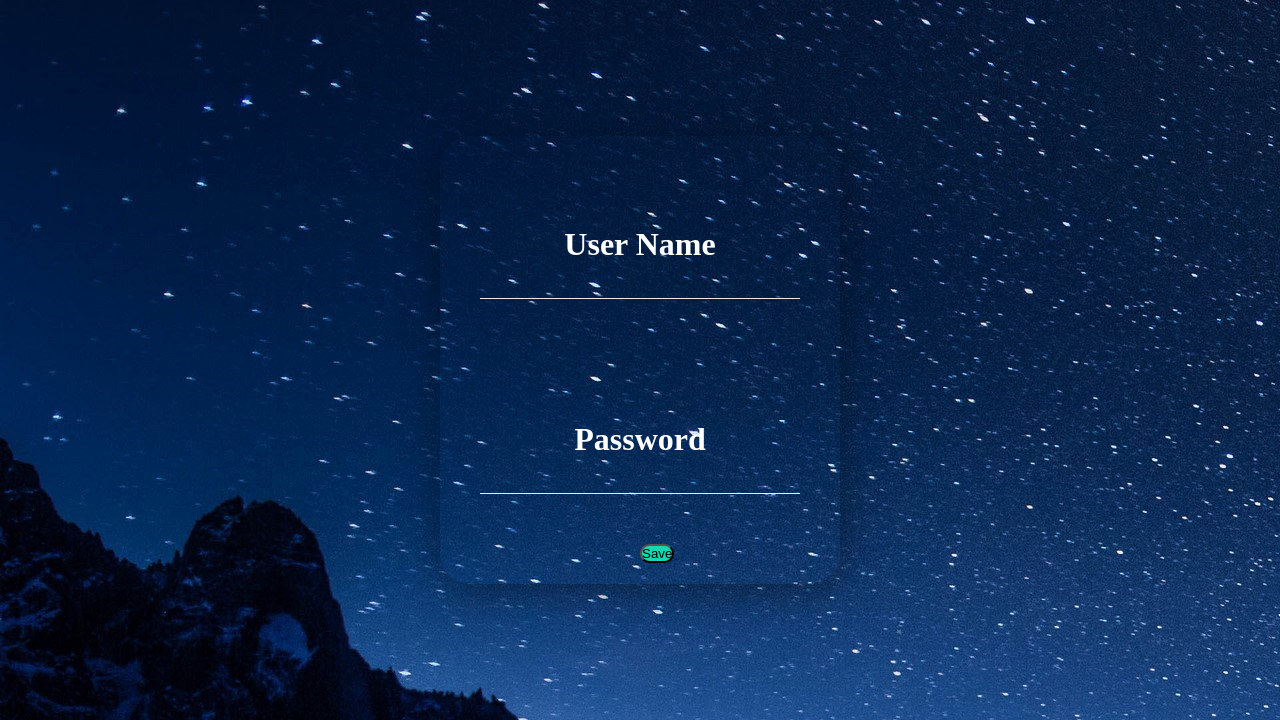
Repository: rkrukshan/Glass_Login_CSS
Page: login.html
These files come from the project's save history. The page is drawn as it stood at one moment and after the next save; the edit follows.
The browser window is 1280 px wide. The pictures show the whole page.

Above is the page before, as saved 2023-10-03 20:19:20.

### login.html
<!DOCTYPE html>
<html lang="en">

<head>
    <style>
        * {
            margin: 0;
            padding: 0;
            box-sizing: border-box;
            cursor: pointer;
        }

        body {
            height: 100vh;
            width: 100%;
            display: flex;
            justify-content: center;
            align-items: center;
        }

        form {
            width: 25rem;
            height: 28rem;
            flex-direction: column;
            background: rgba(91, 209, 255, 0.06);
            box-shadow: 0 8px 41px 0 rgba(0, 0, 0, 0.37);
            border-radius: 30px;
            border-left: 1px solid rgba(red, green, blue, .3);
            border-top: 1px solid rgba(red, green, blue, .3);
            background: transparent;
            border: solid 1px rgb(black)
        }

        input {
            width: 80%;
            margin: 5% auto;
            margin-bottom: 8%;
            border: none;
            outline: none;
            background: transparent;
            color: white;
            border-bottom: 1px solid rgb(255, 255, 255);
            opacity: .9;
        }

        button {
            background-color: rgb(23, 214, 176);
            position: absolute;
            align-items: center;
            border-radius: 50px;

        }
    </style>
    <meta charset="UTF-8">
    <meta name="viewport" content="width=device-width, initial-scale=1.0">
    <title>Document</title>
</head>

<body style="background-image: url(images/2.jpg);">
    <form action="">
        <center>
            <br><br><br><br><br>
            <center><label for="" style="color:white">
                    <h1><strong>User Name</strong></h1>
                </label>
                <input type="text">
            </center>
            <br><br><br><br><br>
            <center><label for="" style="color:white">
                    <h1><strong>Password</strong></h1>
                    <input type="text">
                </label></center>
            <br>
            <button>Save</button>
        </center>
    </form>
</body>

</html>

After the next save:
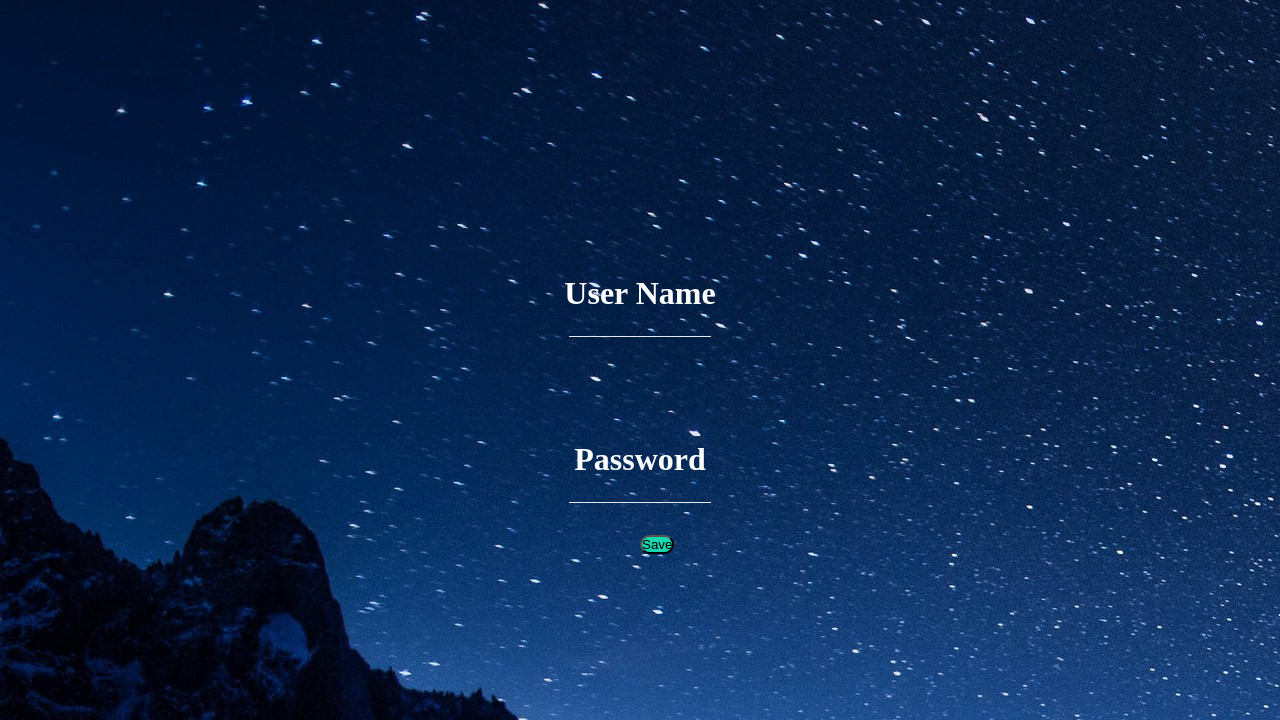
Saved 20 s later.
--- a/login.html
+++ b/login.html
@@ -19,14 +19,14 @@
         }
 
         form {
-            width: 25rem;
+            /* width: 25rem;
             height: 28rem;
             flex-direction: column;
             background: rgba(91, 209, 255, 0.06);
             box-shadow: 0 8px 41px 0 rgba(0, 0, 0, 0.37);
             border-radius: 30px;
             border-left: 1px solid rgba(red, green, blue, .3);
-            border-top: 1px solid rgba(red, green, blue, .3);
+            border-top: 1px solid rgba(red, green, blue, .3); */
             background: transparent;
             border: solid 1px rgb(black)
         }

After the save that followed:
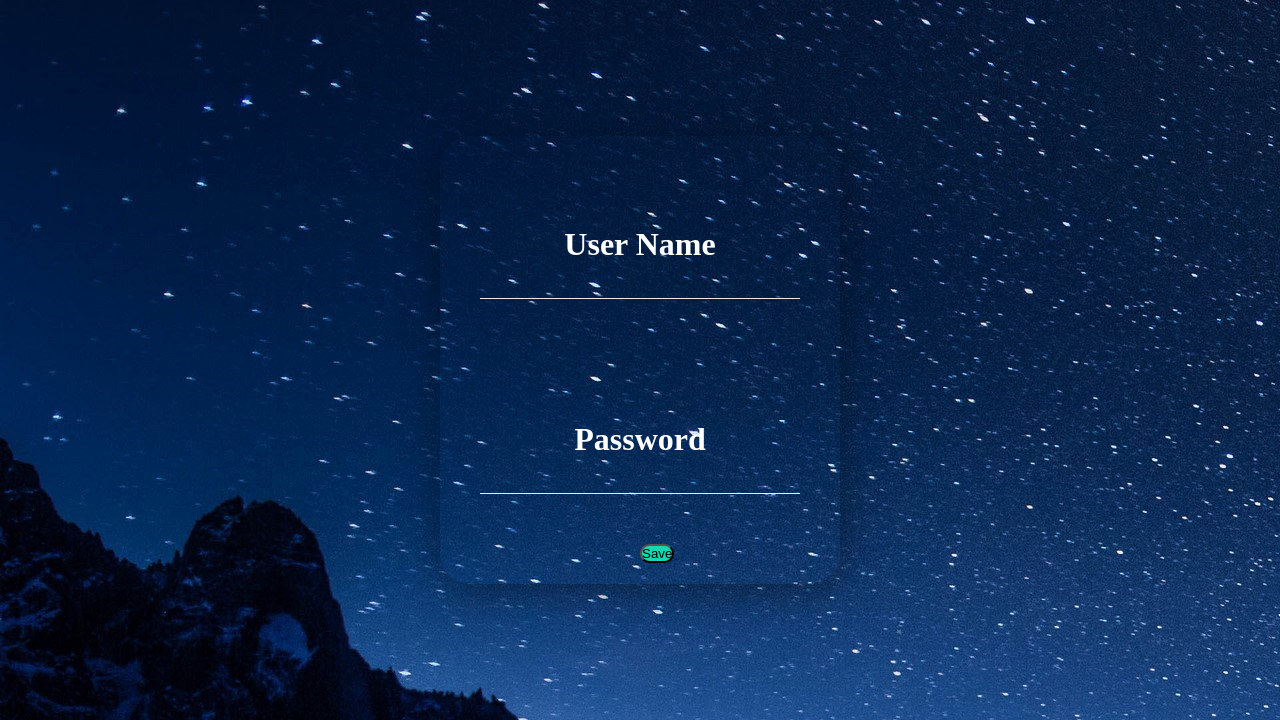
Saved 4 s later.
--- a/login.html
+++ b/login.html
@@ -19,14 +19,14 @@
         }
 
         form {
-            /* width: 25rem;
+            width: 25rem;
             height: 28rem;
             flex-direction: column;
             background: rgba(91, 209, 255, 0.06);
             box-shadow: 0 8px 41px 0 rgba(0, 0, 0, 0.37);
             border-radius: 30px;
             border-left: 1px solid rgba(red, green, blue, .3);
-            border-top: 1px solid rgba(red, green, blue, .3); */
+            border-top: 1px solid rgba(red, green, blue, .3);
             background: transparent;
             border: solid 1px rgb(black)
         }
